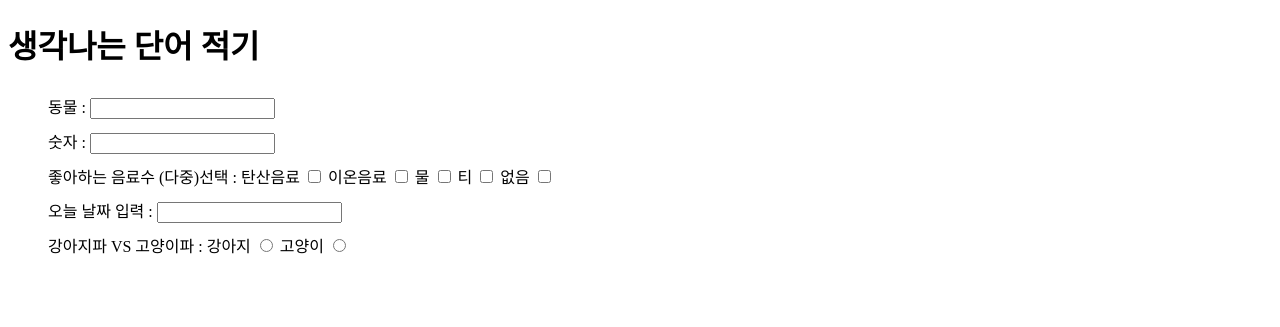
Repository: ham-zi/front-practice
Page: dynamic-workspace/MyFirstWebProject/src/main/webapp/views/request_get2.html
The author's editor kept a copy of each file at every save. The page is drawn from the files as they stood at one save, then again after the next save.
The browser window is 1280 px wide. The pictures show the whole page.

Above is the page before, as saved 2026-05-04 08:23:52.

After the next save:
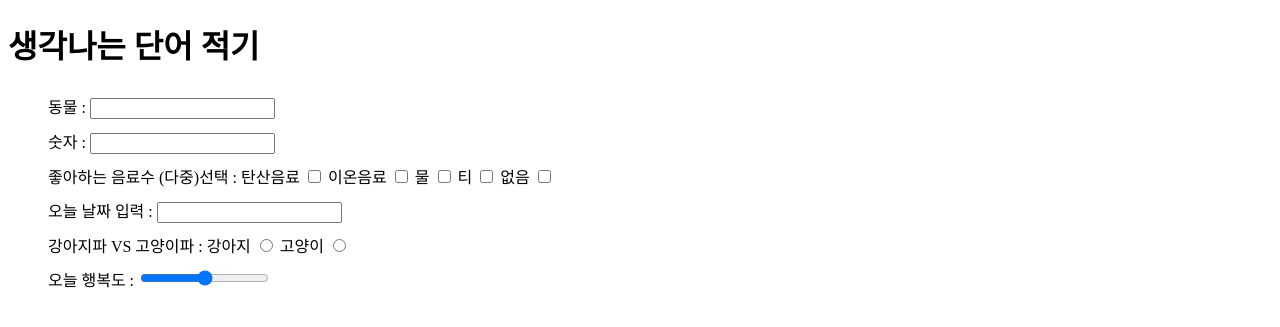
Saved 49 s later.
--- a/dynamic-workspace/MyFirstWebProject/src/main/webapp/views/request_get2.html
+++ b/dynamic-workspace/MyFirstWebProject/src/main/webapp/views/request_get2.html
@@ -49,7 +49,12 @@
 				고양이 <input : type="radio" name="catdog" value="고양이"/>
 			</li>
 
-			<li></li>
+			<li>
+				오늘 행복도 :
+				<input type="range" name="happy" min="0" max="100"/>
+			</li>
+
+
 			<li></li>
 			<li></li>
 			<li></li>
